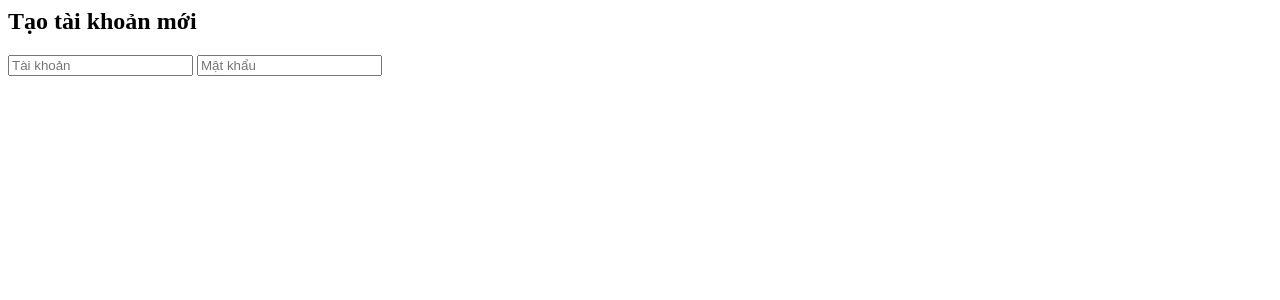
Repository: NguyenNgocThaoo/Nguyen-Ngoc-Thao-22133051
Page: http://localhost/LapTrinhWeb/views/login.jsp
An editor plug-in stored every save of this project. The page is shown before and after the next save, followed by the edit.
The browser window is 1280 px wide. The pictures show the whole page.
The page is served by Tomcat 10.

Above is the page before, as saved 2024-09-07 09:07:05.

After the next save:
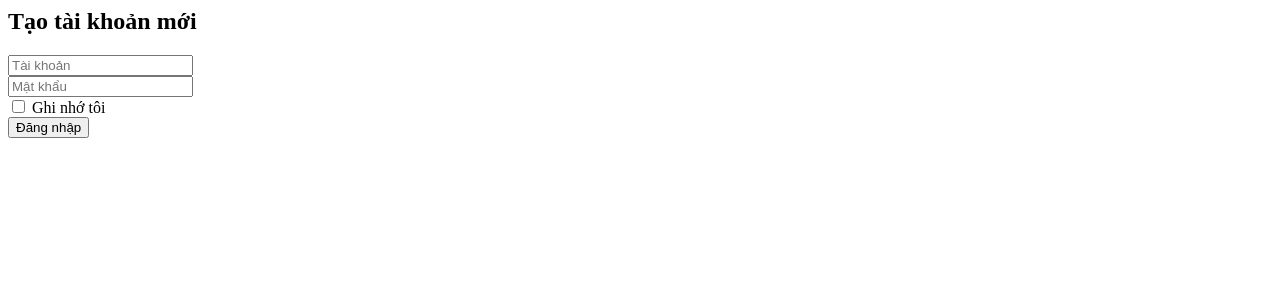
Saved 5 min 55 s later.
--- a/LapTrinhWeb/src/main/webapp/views/login.jsp
+++ b/LapTrinhWeb/src/main/webapp/views/login.jsp
@@ -1,15 +1,34 @@
 <form action="login" method="post">
-<%@ page contentType="text/html; charset=UTF-8" pageEncoding="UTF-8" %>
-<h2>Tạo tài khoản mới </h2>
-<c:if test="${alert != null}">
-    <h3 class="alert alert-danger">${alert}</h3>
-</c:if>
-<section>
-    <label class="input login-input">
-        <div class="input-group">
-            <span class="input-group-addon"><i class="fa fa-user"></i></span>
-            <input type="text" placeholder="Tài khoản" name="username" class="form-control">
-            <input type="text" placeholder="Mật khẩu" name="password" class="form-control">
+    <%@ page contentType="text/html; charset=UTF-8" pageEncoding="UTF-8" %>
+    <h2>Tạo tài khoản mới</h2>
+    <c:if test="${alert != null}">
+        <h3 class="alert alert-danger">${alert}</h3>
+    </c:if>
+    <section>
+        <!-- Tên tài khoản -->
+        <label class="input login-input">
+            <div class="input-group">
+                <span class="input-group-addon"><i class="fa fa-user"></i></span>
+                <input type="text" placeholder="Tài khoản" name="username" class="form-control">
+            </div>
+        </label>
+
+        <!-- Mật khẩu -->
+        <label class="input login-input">
+            <div class="input-group">
+                <span class="input-group-addon"><i class="fa fa-lock"></i></span>
+                <input type="password" placeholder="Mật khẩu" name="password" class="form-control">
+            </div>
+        </label>
+
+        <!-- Remember me -->
+        <div class="checkbox">
+            <label>
+                <input type="checkbox" name="rememberMe"> Ghi nhớ tôi
+            </label>
         </div>
-    </label>
-</section>
+    </section>
+
+    <!-- Nút đăng nhập -->
+    <button type="submit" class="btn btn-primary">Đăng nhập</button>
+</form>

After the save that followed:
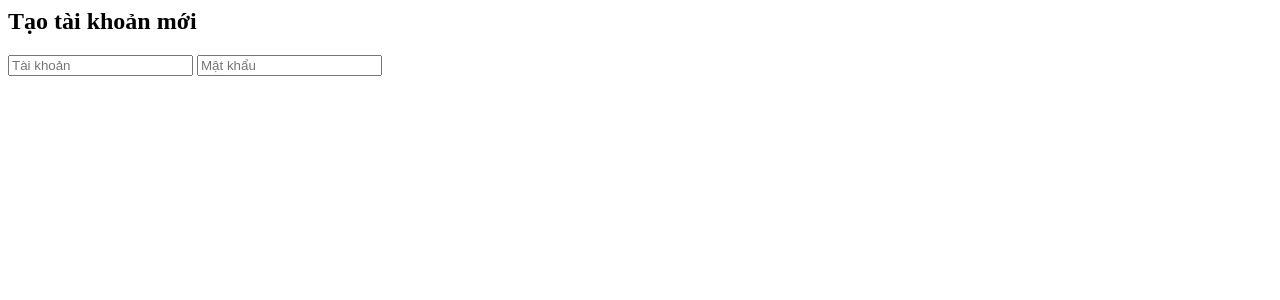
Saved 3 min 26 s later.
--- a/LapTrinhWeb/src/main/webapp/views/login.jsp
+++ b/LapTrinhWeb/src/main/webapp/views/login.jsp
@@ -1,34 +1,15 @@
 <form action="login" method="post">
-    <%@ page contentType="text/html; charset=UTF-8" pageEncoding="UTF-8" %>
-    <h2>Tạo tài khoản mới</h2>
-    <c:if test="${alert != null}">
-        <h3 class="alert alert-danger">${alert}</h3>
-    </c:if>
-    <section>
-        <!-- Tên tài khoản -->
-        <label class="input login-input">
-            <div class="input-group">
-                <span class="input-group-addon"><i class="fa fa-user"></i></span>
-                <input type="text" placeholder="Tài khoản" name="username" class="form-control">
-            </div>
-        </label>
-
-        <!-- Mật khẩu -->
-        <label class="input login-input">
-            <div class="input-group">
-                <span class="input-group-addon"><i class="fa fa-lock"></i></span>
-                <input type="password" placeholder="Mật khẩu" name="password" class="form-control">
-            </div>
-        </label>
-
-        <!-- Remember me -->
-        <div class="checkbox">
-            <label>
-                <input type="checkbox" name="rememberMe"> Ghi nhớ tôi
-            </label>
+<%@ page contentType="text/html; charset=UTF-8" pageEncoding="UTF-8" %>
+<h2>Tạo tài khoản mới </h2>
+<c:if test="${alert != null}">
+    <h3 class="alert alert-danger">${alert}</h3>
+</c:if>
+<section>
+    <label class="input login-input">
+        <div class="input-group">
+            <span class="input-group-addon"><i class="fa fa-user"></i></span>
+            <input type="text" placeholder="Tài khoản" name="username" class="form-control">
+            <input type="text" placeholder="Mật khẩu" name="password" class="form-control">
         </div>
-    </section>
-
-    <!-- Nút đăng nhập -->
-    <button type="submit" class="btn btn-primary">Đăng nhập</button>
-</form>
+    </label>
+</section>
